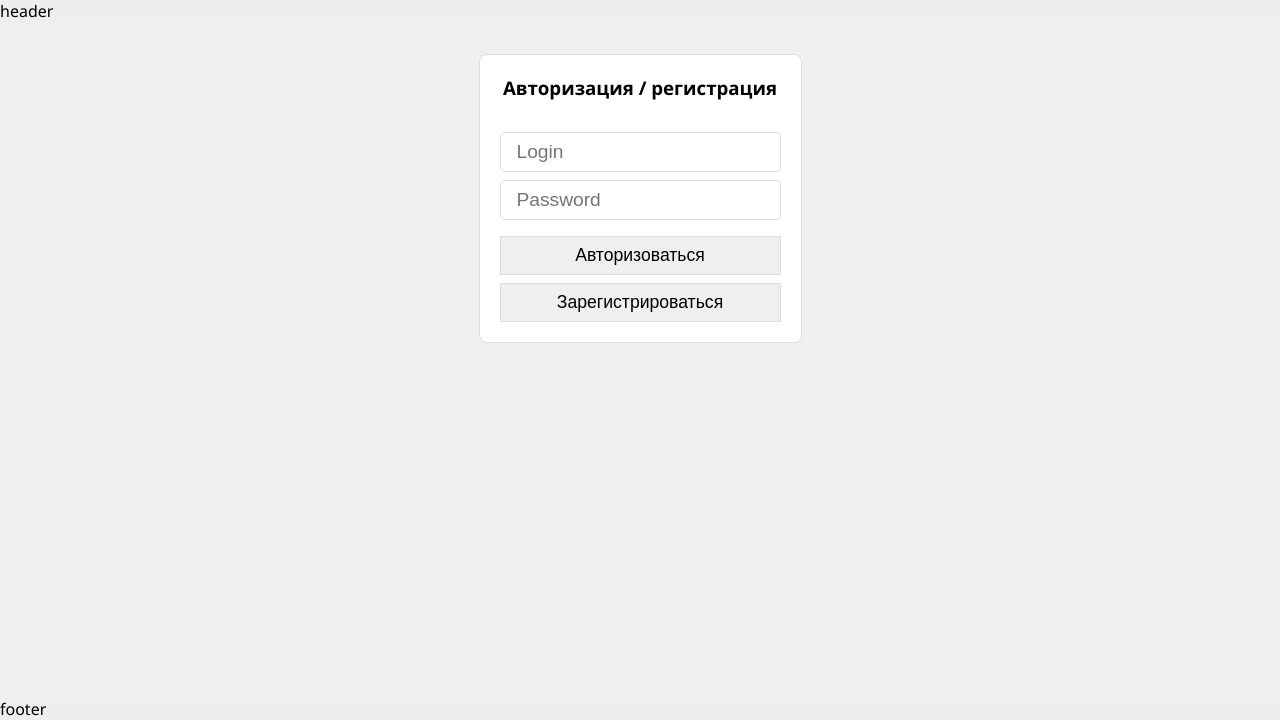
Repository: slep0y/fakeAuth
Page: index.html
An editor plug-in stored every save of this project. The page is shown before and after the next save, followed by the edit.
The browser window is 1280 px wide. The pictures show the whole page.
The style sheet was rebuilt from its Sass, Less or Tailwind sources for each picture, by a compiler version that may differ from the author's.

Above is the page before, as saved 2025-01-19 18:20:08.

After the next save:
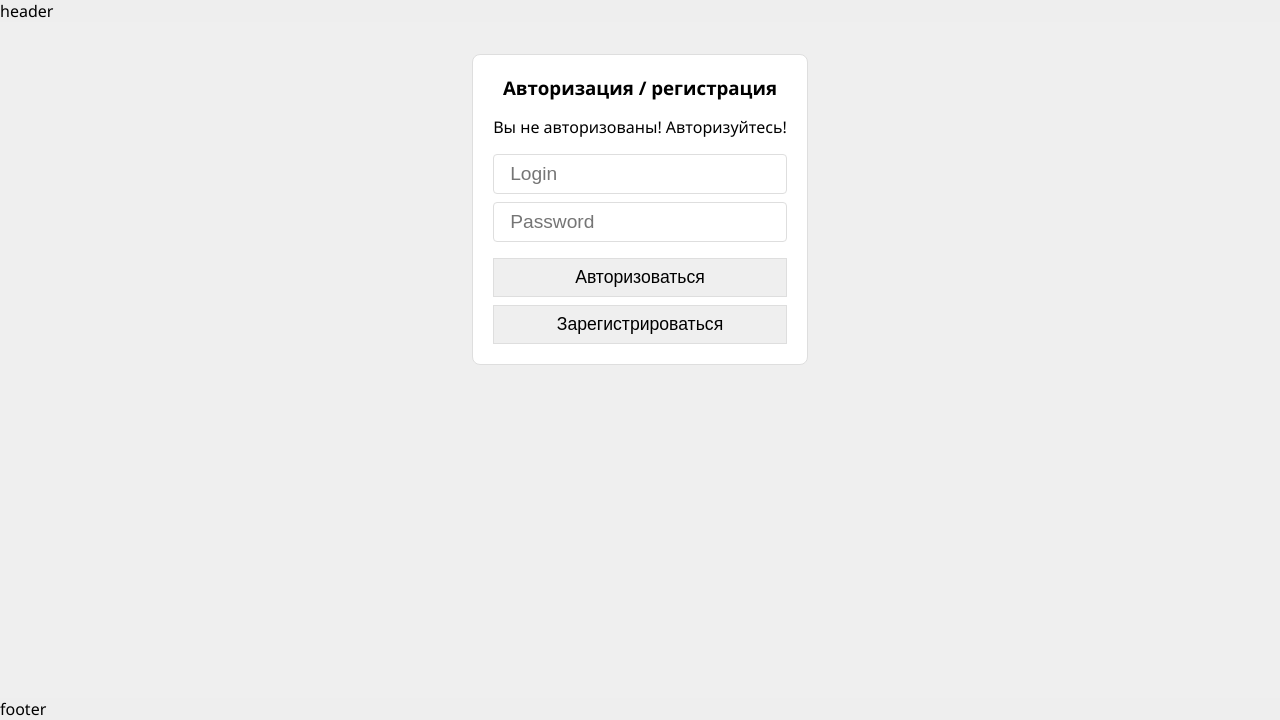
Saved 45 s later.
--- a/js/script.js
+++ b/js/script.js
@@ -6,7 +6,7 @@ let form = document.querySelector('#authForm'),
     exitButton = document.querySelector('#exitButton'),
     loginName = form.querySelector('#loginName'),
     loginPass = form.querySelector('#loginPass'),
-    formMesage = form.querySelector('.form__message');
+    formMessage = form.querySelector('.form__message');
 
 function checkAuthData(){
     if(localStorage.getItem('authorize') && localStorage.getItem('userAuth')){
@@ -83,7 +83,7 @@ function register(e){
 }
 
 function showMessage(text){
-    console.log(text);
+    formMessage.innerHTML = text;
 }
 function cleanFields(){
     loginName.value = '';
